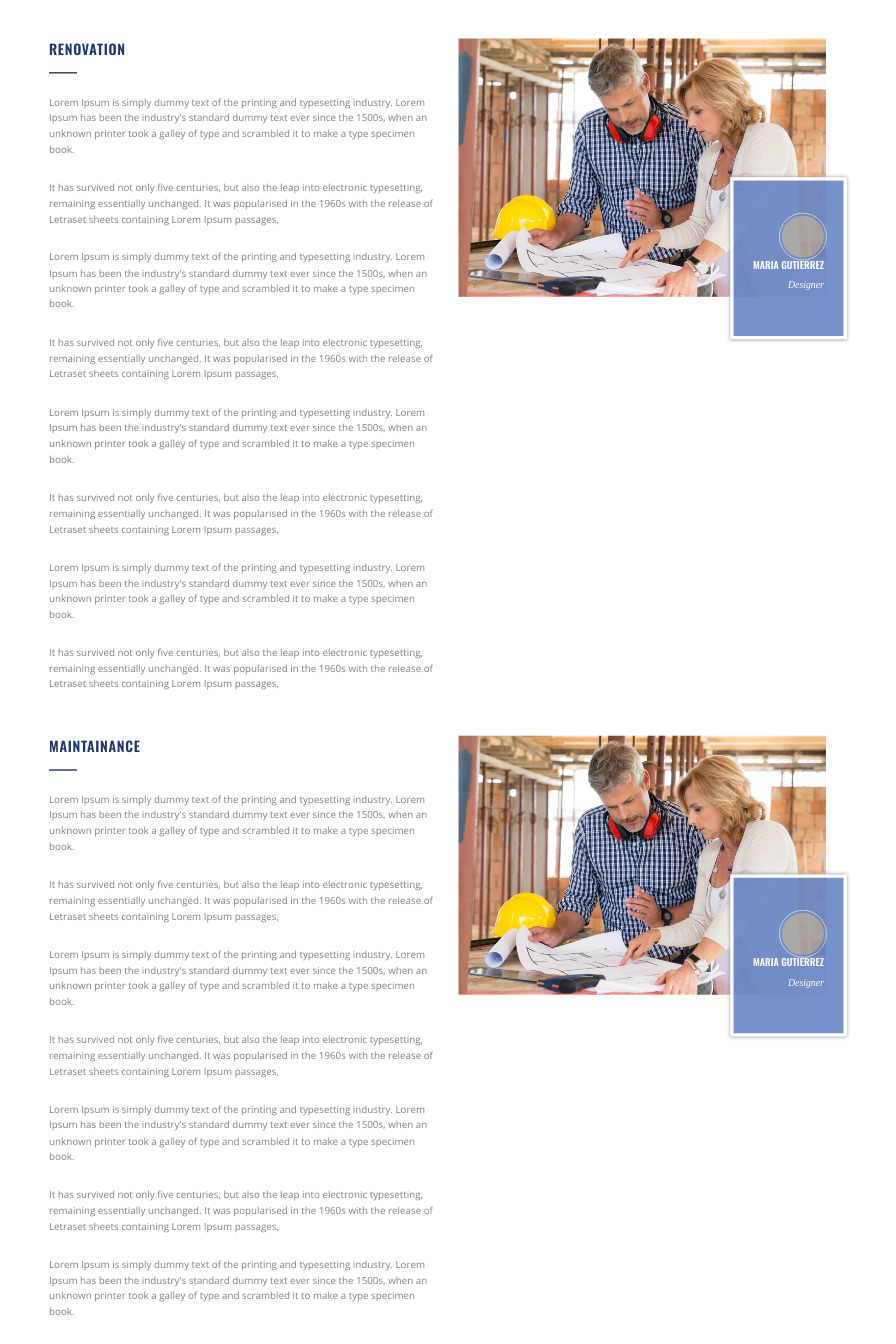
Repository: techieaccl/techieaccl.github.io
Page: works.html
The author's editor kept a copy of each file at every save. The page is drawn from the files as they stood at one save, then again after the next save.
The browser window is 1280 px wide. The pictures show the part of the page from y = 330 to 2250 px (the page is 3859 px tall), at 70% of full size.
Pictures or frames that could not be fetched are drawn as grey boxes. Some web fonts or font styles are not loaded; a fallback is used.

Above is the page before, as saved 2021-09-07 08:40:42.

After the next save:
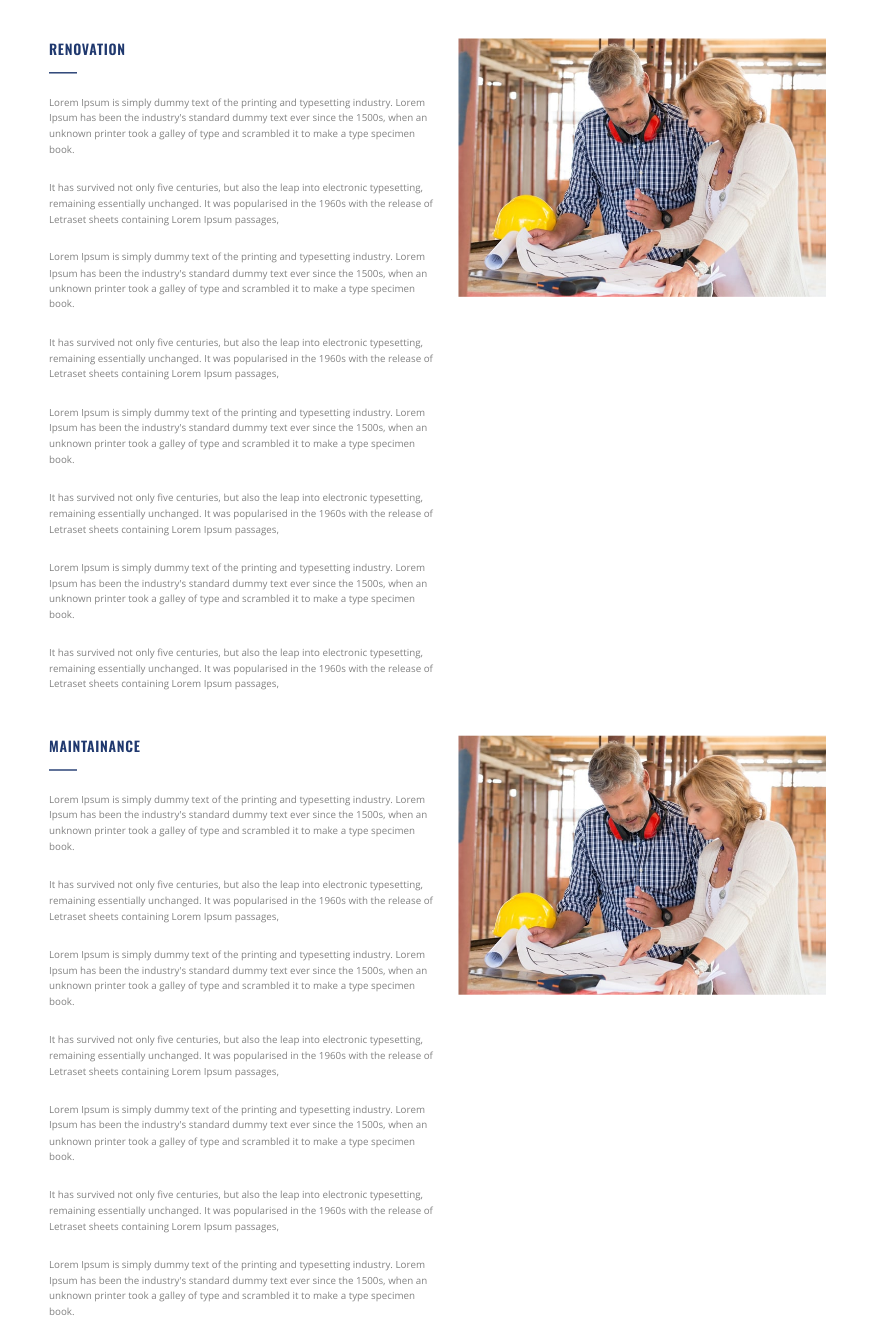
Saved 46 s later.
--- a/works.html
+++ b/works.html
@@ -93,21 +93,6 @@
 								<!-- about -->
 								<div class="about"><img src="assets/img/about/2.jpg" alt=""/>
 
-									<!-- quote-02 -->
-									<blockquote class="quote-02 about-quote">
-										<!-- <p class="quote-02__text">Lorem ipsum dolor sit amet, consectetur adipiscing elit. Ut laoreet ut lacus a tincidunt. Quisque luctus nibh augue, non ultrices arcu molestie in. Integer finibus dolor lorem, tempor pretium lectus</p> -->
-
-										<!-- authorbox -->
-										<div class="authorbox">
-											<div class="authorbox__avartar" style="background-image: url(https://unsplash.it/800);"><img src="https://unsplash.it/800" alt=""/></div>
-											<div class="authorbox__info">
-												<h5 class="authorbox__name">Maria Gutierrez</h5>
-												<p class="authorbox__work">Designer</p>
-											</div>
-										</div><!-- End / authorbox -->
-
-									</blockquote><!-- End / quote-02 -->
-
 								</div><!-- End / about -->
 
 							</div>
@@ -136,21 +121,6 @@
 								<!-- about -->
 								<div class="about"><img src="assets/img/about/2.jpg" alt=""/>
 
-									<!-- quote-02 -->
-									<blockquote class="quote-02 about-quote">
-										<!-- <p class="quote-02__text">Lorem ipsum dolor sit amet, consectetur adipiscing elit. Ut laoreet ut lacus a tincidunt. Quisque luctus nibh augue, non ultrices arcu molestie in. Integer finibus dolor lorem, tempor pretium lectus</p> -->
-
-										<!-- authorbox -->
-										<div class="authorbox">
-											<div class="authorbox__avartar" style="background-image: url(https://unsplash.it/800);"><img src="https://unsplash.it/800" alt=""/></div>
-											<div class="authorbox__info">
-												<h5 class="authorbox__name">Maria Gutierrez</h5>
-												<p class="authorbox__work">Designer</p>
-											</div>
-										</div><!-- End / authorbox -->
-
-									</blockquote><!-- End / quote-02 -->
-
 								</div><!-- End / about -->
 
 							</div>
@@ -178,21 +148,6 @@
 
 								<!-- about -->
 								<div class="about"><img src="assets/img/about/2.jpg" alt=""/>
-
-									<!-- quote-02 -->
-									<blockquote class="quote-02 about-quote">
-										<!-- <p class="quote-02__text">Lorem ipsum dolor sit amet, consectetur adipiscing elit. Ut laoreet ut lacus a tincidunt. Quisque luctus nibh augue, non ultrices arcu molestie in. Integer finibus dolor lorem, tempor pretium lectus</p> -->
-
-										<!-- authorbox -->
-										<div class="authorbox">
-											<div class="authorbox__avartar" style="background-image: url(https://unsplash.it/800);"><img src="https://unsplash.it/800" alt=""/></div>
-											<div class="authorbox__info">
-												<h5 class="authorbox__name">Maria Gutierrez</h5>
-												<p class="authorbox__work">Designer</p>
-											</div>
-										</div><!-- End / authorbox -->
-
-									</blockquote><!-- End / quote-02 -->
 
 								</div><!-- End / about -->
 
